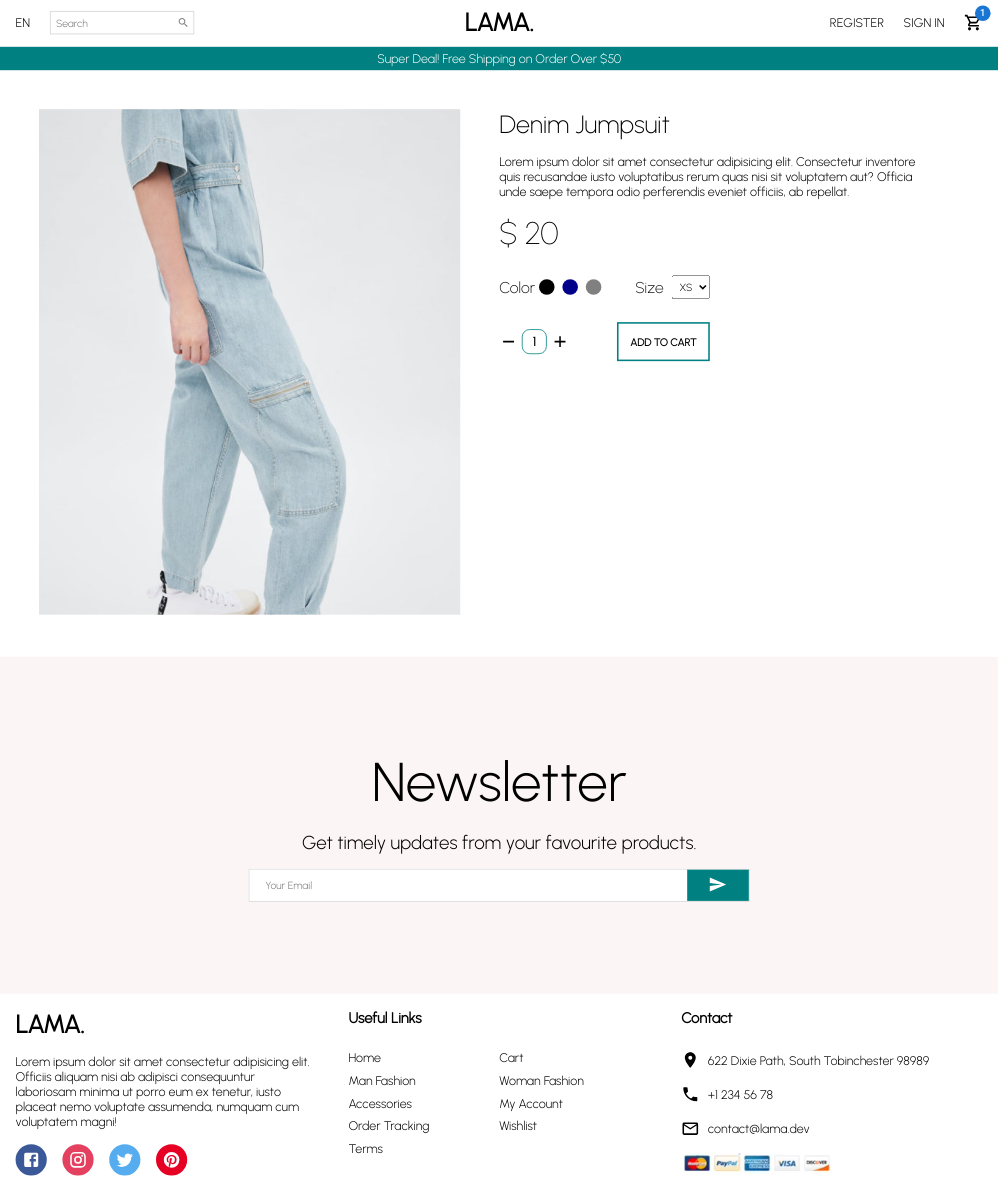
Repository: kmvaghela/ECOMMERCE
Page: /
These files come from the project's save history. The page is drawn as it stood at one moment and after the next save; the edit follows.
The browser window is 1280 px wide. The pictures show the whole page, at 78% of full size.
The project was rebuilt for these pictures with package versions that can differ from the ones it lists, and the page was loaded fresh each time. Also part of the build but not shown: src/data.js, src/components/CategoryItem.jsx, src/components/Categories.jsx, src/components/Product.jsx, src/components/Products.jsx, src/components/Slider.jsx, src/pages/Home.jsx, src/pages/ProductList.jsx and 2 more.

Above is the page before, as saved 2022-02-24 23:01:55.

### public/index.html
<!DOCTYPE html>
<html lang="en">

<head>
  <meta charset="utf-8" />
  <meta name="viewport" content="width=device-width, initial-scale=1" />
  <meta name="description" content="Web site created using create-react-app" />
  <link href="https://fonts.googleapis.com/css2?family=Urbanist:wght@100;200;300&display=swap" rel="stylesheet">
  <style>
    * {
      margin: 0;
      font-family: 'Urbanist', sans-serif;
    }
  </style>
  <title>React App</title>
</head>

<body>
  <noscript>You need to enable JavaScript to run this app.</noscript>
  <div id="root"></div>
</body>

</html>

### src/App.jsx
import Home from "./pages/Home";
import Product from "./pages/Product";
import ProductList from "./pages/ProductList";
import Register from "./pages/Register";
import Login from "./pages/Login";
import Cart from "./pages/Cart";

const App = () => {
  return (
    // <Home />
    // <ProductList />
    <Product />
    // <Register />
    // <Login />
    // <Cart />
  );
};

export default App;

### src/pages/Product.jsx
import React from "react";
import styled from "styled-components";
import Navbar from "../components/Navbar";
import Announcement from "../components/Announcement";
import Newsletter from "../components/Newsletter";
import Footer from "../components/Footer";
import ProductImg from "../assets/123.jpg";
import RemoveIcon from "@mui/icons-material/Remove";
import AddIcon from "@mui/icons-material/Add";
import { mobile } from "../responsive";

const Container = styled.div``;

const Wrapper = styled.div`
  padding: 50px;
  display: flex;
  ${mobile({ padding:"10px",flexDirection: "column" })}

`;

const ImageContainer = styled.div`
  flex: 1;
`;

const Image = styled.img`
  width: 100%;
  height: 90vh;
  object-fit: cover;
  ${mobile({ height: "40vh" })}

`;

const InfoContainer = styled.div`
  flex: 1;
  padding: 0px 50px;
  ${mobile({ padding: "10px" })}

`;

const Title = styled.h1`
  font-weight: 200;
`;

const Description = styled.p`
  margin: 20px 0px;
`;

const Price = styled.span`
  font-size: 40px;
  font-weight: 100;
`;

const FilterContainer = styled.div`
  display: flex;
  justify-content: space-between;
  width: 50%;
  margin: 30px 0px;
  ${mobile({ width: "100%" })}

`;

const Filter = styled.div`
  display: flex;
  align-items: center;
`;

const FilterTitle = styled.span`
  font-size: 20px;
  font-weight: 200;
`;

const FilterColor = styled.div`
  height: 20px;
  width: 20px;
  border-radius: 50%;
  background-color: ${(props) => props.color};
  margin: 0px 5px;
  cursor: pointer;
`;

const FilterSize = styled.select`
  margin-left: 10px;
  padding: 5px;
`;

const FilterSizeOption = styled.option``;

const AddContainer = styled.div`
  display: flex;
  align-items: center;
  justify-content: space-between;
  width: 50%;
  ${mobile({ width: "100%" })}
`;
const AmountContainer = styled.div`
  display: flex;
  align-items: center;
  font-weight: 700;
`;
const Amount = styled.span`
  height: 30px;
  width: 30px;
  border-radius: 10px;
  border: 1px solid teal;
  display: flex;
  align-items: center;
  justify-content: center;
  margin: 0px 5px;
`;

const Button = styled.button`
  padding: 15px;
  border: 2px solid teal;
  background-color: white;
  cursor: pointer;
  font-weight: 600;

  &:hover {
    background-color: #f8f4f4;
  }
`;

const Product = () => {
  return (
    <Container>
      <Navbar />
      <Announcement />
      <Wrapper>
        <ImageContainer>
          <Image src={ProductImg} alt="not found" />
        </ImageContainer>
        <InfoContainer>
          <Title>Denim Jumpsuit</Title>
          <Description>
            Lorem ipsum dolor sit amet consectetur adipisicing elit. Consectetur
            inventore quis recusandae iusto voluptatibus rerum quas nisi sit
            voluptatem aut? Officia unde saepe tempora odio perferendis eveniet
            officiis, ab repellat.
          </Description>
          <Price>$ 20</Price>
          <FilterContainer>
            <Filter>
              <FilterTitle>Color</FilterTitle>
              <FilterColor color="black" />
              <FilterColor color="darkblue" />
              <FilterColor color="gray" />
            </Filter>
            <Filter>
              <FilterTitle>Size</FilterTitle>
              <FilterSize>
                <FilterSizeOption>XS</FilterSizeOption>
                <FilterSizeOption>S</FilterSizeOption>
                <FilterSizeOption>M</FilterSizeOption>
                <FilterSizeOption>L</FilterSizeOption>
                <FilterSizeOption>XL</FilterSizeOption>
              </FilterSize>
            </Filter>
          </FilterContainer>

          <AddContainer>
            <AmountContainer>
              <RemoveIcon />
              <Amount>1</Amount>
              <AddIcon />
            </AmountContainer>
            <Button>ADD TO CART</Button>
          </AddContainer>
        </InfoContainer>
      </Wrapper>
      <Newsletter />
      <Footer />
    </Container>
  );
};

export default Product;

### src/components/Announcement.jsx
import styled from "styled-components";

const Container = styled.div`
  height: 30px;
  background-color: teal;
  color: white;
  display: flex;
  align-items: center;
  justify-content: center;
  font-size: 14;
  font-weight: 500;
`;

const Announcement = () => {
  return (
    <Container>
      Super Deal! Free Shipping on Order Over $50
    </Container>
  );
};

export default Announcement;

### src/components/Navbar.jsx
import React from "react";
import styled from "styled-components";
import SearchOutlinedIcon from "@mui/icons-material/SearchOutlined";
import ShoppingCartOutlinedIcon from "@mui/icons-material/ShoppingCartOutlined";
import Badge from "@mui/material/Badge";
import { mobile } from "../responsive";

const Container = styled.div`
  height: 60px;
  ${mobile({ height: "50px" })}
`;
const Wrapper = styled.div`
  padding: 10px 20px;
  display: flex;
  align-items: center;
  justify-content: space-between;
  ${mobile({ padding: "10px 0px" })}
`;
const Left = styled.div`
  flex: 1;
  display: flex;
  align-items: center;
`;
const Language = styled.span`
  font-size: 14;
  cursor: pointer;
  ${mobile({ display: "none" })}
`;
const SearchContainer = styled.div`
  border: 0.5px solid lightgray;
  display: flex;
  align-items: center;
  margin-left: 25px;
  padding: 5px;
`;
const Input = styled.input`
  border: none;
  ${mobile({ width: "50px" })}
`;

const Center = styled.div`
  flex: 1;
`;
const Logo = styled.h1`
  font-weight: bold;
  text-align: center;
  ${mobile({ fontSize: "24px" })}
`;

const Right = styled.div`
  flex: 1;
  display: flex;
  align-items: center;
  justify-content: flex-end;
  ${mobile({ flex: 2, justifyContent: "center" })}
`;
const MenuItem = styled.div`
  font-size: 14;
  cursor: pointer;
  margin-left: 25px;
  ${mobile({ fontSize: "12px", marginLeft: "10px" })}
`;

const Navbar = () => {
  return (
    <Container>
      <Wrapper>
        <Left>
          <Language>EN</Language>
          <SearchContainer>
            <Input placeholder="Search" />
            <SearchOutlinedIcon style={{ color: "gray", fontSize: 16 }} />
          </SearchContainer>
        </Left>
        <Center>
          <Logo>LAMA.</Logo>
        </Center>
        <Right>
          <MenuItem>REGISTER</MenuItem>
          <MenuItem>SIGN IN</MenuItem>
          <MenuItem>
            <Badge badgeContent={1} color="primary">
              <ShoppingCartOutlinedIcon />
            </Badge>
          </MenuItem>
        </Right>
      </Wrapper>
    </Container>
  );
};
export default Navbar;

### src/components/Newsletter.jsx
import React from "react";
import styled from "styled-components";
import SendIcon from "@mui/icons-material/Send";
import { mobile } from "../responsive";

const Container = styled.div`
  height: 60vh;
  background-color: #fcf5f5;
  display: flex;
  align-items: center;
  justify-content: center;
  flex-direction: column;
`;

const Title = styled.h1`
  font-size: 70px;
  margin-bottom: 20px;
  font-weight: 300;
`;

const Description = styled.div`
  font-size: 24px;
  margin-bottom: 20px;
  ${mobile({ textAlign: "center" })}
`;

const InputContainer = styled.div`
  width: 50%;
  height: 40px;
  background-color: white;
  display: flex;
  justify-content: space-between;
  border: 1px solid lightgray;
  ${mobile({ width: "80%" })}
`;

const Input = styled.input`
  border: none;
  flex: 8;
  padding-left: 20px;
`;

const Button = styled.button`
  flex: 1;
  border: none;
  background-color: teal;
  color: white;
`;

const Newsletter = () => {
  return (
    <Container>
      <Title>Newsletter</Title>
      <Description>
        Get timely updates from your favourite products.
      </Description>
      <InputContainer>
        <Input placeholder="Your Email" />
        <Button>
          <SendIcon />
        </Button>
      </InputContainer>
    </Container>
  );
};

export default Newsletter;

### src/components/Footer.jsx
import React from "react";
import styled from "styled-components";
import FacebookIcon from "@mui/icons-material/Facebook";
import InstagramIcon from "@mui/icons-material/Instagram";
import TwitterIcon from "@mui/icons-material/Twitter";
import PinterestIcon from "@mui/icons-material/Pinterest";
import RoomIcon from "@mui/icons-material/Room";
import PhoneIcon from "@mui/icons-material/Phone";
import MailOutlineIcon from "@mui/icons-material/MailOutline";
import PaymentImage from "../assets/payment.PNG";
import { mobile } from "../responsive";
const Container = styled.div`
  display: flex;
  ${mobile({ flexDirection: "column" })}
`;

const Left = styled.div`
  flex: 1;
  display: flex;
  flex-direction: column;
  padding: 20px;
`;
const Center = styled.div`
  flex: 1;
  padding: 20px;
  ${mobile({ display: "none" })}
`;
const Right = styled.div`
  flex: 1;
  padding: 20px;
  ${mobile({ backgroundColor: "#fff8f8" })}
`;

const Logo = styled.h1``;

const Description = styled.p`
  margin: 20px 0px;
`;

const SocialContainer = styled.div`
  display: flex;
`;

const SocialIcon = styled.div`
  height: 40px;
  width: 40px;
  border-radius: 50%;
  color: white;
  background-color: ${(props) => props.color};
  display: flex;
  align-items: center;
  justify-content: center;
  margin-right: 20px;
`;

const Title = styled.h3`
  margin-bottom: 30px;
`;

const List = styled.ul`
  margin: 0;
  padding: 0;
  list-style: none;
  display: flex;
  flex-wrap: wrap;
`;

const ListItem = styled.li`
  width: 50%;
  margin-bottom: 10px;
`;

const ContactItem = styled.div`
  margin-bottom: 20px;
  display: flex;
  align-items: center;
`;

const Payment = styled.img`
  width: 50%;
`;

const Footer = () => {
  return (
    <Container>
      <Left>
        <Logo>LAMA.</Logo>
        <Description>
          Lorem ipsum dolor sit amet consectetur adipisicing elit. Officiis
          aliquam nisi ab adipisci consequuntur laboriosam minima ut porro eum
          ex tenetur, iusto placeat nemo voluptate assumenda, numquam cum
          voluptatem magni!
        </Description>
        <SocialContainer>
          <SocialIcon color="#3B5999">
            <FacebookIcon />
          </SocialIcon>
          <SocialIcon color="#E4405F">
            <InstagramIcon />
          </SocialIcon>
          <SocialIcon color="#55ACEE">
            <TwitterIcon />
          </SocialIcon>
          <SocialIcon color="#E60023">
            <PinterestIcon />
          </SocialIcon>
        </SocialContainer>
      </Left>

      <Center>
        <Title>Useful Links</Title>
        <List>
          <ListItem>Home</ListItem>
          <ListItem>Cart</ListItem>
          <ListItem>Man Fashion</ListItem>
          <ListItem>Woman Fashion</ListItem>
          <ListItem>Accessories</ListItem>
          <ListItem>My Account</ListItem>
          <ListItem>Order Tracking</ListItem>
          <ListItem>Wishlist</ListItem>
          <ListItem>Terms</ListItem>
        </List>
      </Center>

      <Right>
        <Title>Contact</Title>
        <ContactItem>
          <RoomIcon style={{ marginRight: "10px" }} />
          622 Dixie Path, South Tobinchester 98989
        </ContactItem>
        <ContactItem>
          <PhoneIcon style={{ marginRight: "10px" }} />
          +1 234 56 78
        </ContactItem>
        <ContactItem>
          <MailOutlineIcon style={{ marginRight: "10px" }} />
          contact@lama.dev
        </ContactItem>
        <Payment src={PaymentImage} alt="not found" />
      </Right>
    </Container>
  );
};

export default Footer;

### src/responsive.js
import { css } from "styled-components";

export const mobile = (props) => {
    return css`
    @media only screen and (max-width:380px) {
     ${props}
    }
    `;
};

### src/pages/Cart.jsx
import React from "react";
import styled from "styled-components";
import Navbar from "../components/Navbar";
import Announcement from "../components/Announcement";
import Footer from "../components/Footer";
import CartImg1 from "../assets/cart-images/cart-img-01.png";
import CartImg2 from "../assets/cart-images/cart-img-02.png";
import RemoveIcon from "@mui/icons-material/Remove";
import AddIcon from "@mui/icons-material/Add";

const Container = styled.div``;

const Wrapper = styled.div`
  padding: 20px;
`;

const Title = styled.h1`
  font-weight: 300;
  text-align: center;
`;

const Top = styled.div`
  display: flex;
  align-items: center;
  justify-content: space-between;
  padding: 20px;
`;

const TopButton = styled.button`
  padding: 10px;
  font-weight: 600;
  cursor: pointer;
  border: ${(props) => props.type === "filled" && "none"};
  background-color: ${(props) =>
    props.type === "filled" ? "black" : "transparent"};
  color: ${(props) => props.type === "filled" && "white"};
`;
const TopTexts = styled.div``;

const TopText = styled.span`
  text-decoration: underline;
  cursor: pointer;
  margin: 0px 10px;
`;

const Bottom = styled.div`
  display: flex;
  justify-content: space-between;
`;

const Info = styled.div`
  flex: 3;
`;

const Summary = styled.div`
  flex: 1;
  border: 0.5px solid lightgray;
  border-radius: 10px;
  padding: 20px;
  height: 50vh;
`;

const Product = styled.div`
  display: flex;
  justify-content: space-between;
`;

const ProductDetail = styled.div`
  flex: 2;
  display: flex;
`;

const Image = styled.img`
  width: 200px;
  height: 200px;
`;

const Details = styled.div`
  padding: 20px;
  display: flex;
  flex-direction: column;
  justify-content: space-around;
`;

const ProductName = styled.span``;

const ProductId = styled.span``;

const ProductColor = styled.div`
  width: 20px;
  height: 20px;
  border-radius: 50%;
  background-color: ${(props) => props.color};
`;

const ProductSize = styled.span``;

const PriceDetail = styled.div`
  flex: 1;
  display: flex;
  align-items: center;
  justify-content: center;
  flex-direction: column;
`;

const ProductAmountContainer = styled.div`
  display: flex;
  align-items: center;
  margin-bottom: 20px;
`;

const ProductAmount = styled.div`
  font-size: 24px;
  margin: 5px;
`;

const ProductPrice = styled.div`
  font-size: 30px;
  font-weight: 200;
`;

const Hr = styled.hr`
  background-color: #eee;
  border: none;
  height: 1px;
`;
const SummaryTitle = styled.h1`
  font-weight: 200;
`;

const SummaryItem = styled.div`
  margin: 30px 0px;
  display: flex;
  justify-content: space-between;
  font-weight: ${(props) => props.type === "total" && "500"};
  font-size: ${(props) => props.type === "total" && "24px"};
`;

const SummaryItemText = styled.span``;

const SummaryItemPrice = styled.span``;

const Button = styled.button`
  width: 100%;
  padding: 10px;
  background-color: black;
  color: white;
  font-weight: 600;
`;

const Cart = () => {
  return (
    <Container>
      <Navbar />
      <Announcement />
      <Wrapper>
        <Title>YOUR BAG</Title>
        <Top>
          <TopButton>CONTINUE SHOPPING</TopButton>
          <TopTexts>
            <TopText>Shopping Bag(2)</TopText>
            <TopText>Your Wishlist(0)</TopText>
          </TopTexts>
          <TopButton type="filled">CHECKOUT NOW</TopButton>
        </Top>
        <Bottom>
          <Info>
            <Product>
              <ProductDetail>
                <Image src={CartImg1} alt="not found" />
                <Details>
                  <ProductName>
                    <b>Product:</b> JESSIE THUNDER SHOES
                  </ProductName>
                  <ProductId>
                    <b>ID:</b> 123456789
                  </ProductId>
                  <ProductColor color="black" />
                  <ProductSize>
                    <b>Size:</b> 37.5
                  </ProductSize>
                </Details>
              </ProductDetail>
              <PriceDetail>
                <ProductAmountContainer>
                  <AddIcon />
                  <ProductAmount>2</ProductAmount>
                  <RemoveIcon />
                </ProductAmountContainer>
                <ProductPrice>$ 30</ProductPrice>
              </PriceDetail>
            </Product>
            <Hr />
            <Product>
              <ProductDetail>
                <Image src={CartImg2} alt="not found" />
                <Details>
                  <ProductName>
                    <b>Product:</b> HAKURA T-SHIRT
                  </ProductName>
                  <ProductId>
                    <b>ID:</b> 123456789
                  </ProductId>
                  <ProductColor color="gray" />
                  <ProductSize>
                    <b>Size:</b> M
                  </ProductSize>
                </Details>
              </ProductDetail>
              <PriceDetail>
                <ProductAmountContainer>
                  <AddIcon />
                  <ProductAmount>1</ProductAmount>
                  <RemoveIcon />
                </ProductAmountContainer>
                <ProductPrice>$ 20</ProductPrice>
              </PriceDetail>
            </Product>
          </Info>
          <Summary>
            <SummaryTitle>ORDER SUMMARY</SummaryTitle>
            <SummaryItem>
              <SummaryItemText>Subtotal</SummaryItemText>
              <SummaryItemPrice>$ 80</SummaryItemPrice>
            </SummaryItem>
            <SummaryItem>
              <SummaryItemText>Estimated Shipping</SummaryItemText>
              <SummaryItemPrice>$ 5.90</SummaryItemPrice>
            </SummaryItem>
            <SummaryItem>
              <SummaryItemText>Shipping Discount</SummaryItemText>
              <SummaryItemPrice>$ -5.90</SummaryItemPrice>
            </SummaryItem>
            <SummaryItem type="total">
              <SummaryItemText>Total</SummaryItemText>
              <SummaryItemPrice>$ 80</SummaryItemPrice>
            </SummaryItem>
            <Button>CHECKOUT NOW</Button>
          </Summary>
        </Bottom>
      </Wrapper>
      <Footer />
    </Container>
  );
};

export default Cart;

Loaded but not shown: src/index.js (common file)

After the next save:
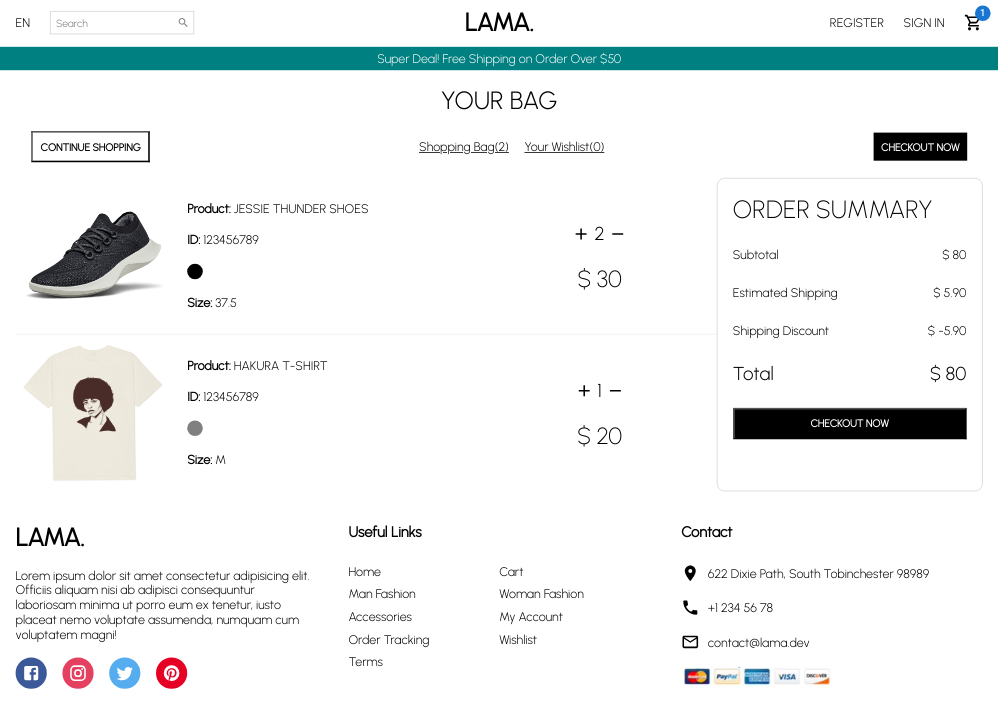
Saved 103 s later.
--- a/src/App.jsx
+++ b/src/App.jsx
@@ -9,10 +9,10 @@
   return (
     // <Home />
     // <ProductList />
-    <Product />
+    // <Product />
     // <Register />
     // <Login />
-    // <Cart />
+    <Cart />
   );
 };
 
--- a/src/pages/Cart.jsx
+++ b/src/pages/Cart.jsx
@@ -7,6 +7,7 @@
 import CartImg2 from "../assets/cart-images/cart-img-02.png";
 import RemoveIcon from "@mui/icons-material/Remove";
 import AddIcon from "@mui/icons-material/Add";
+import { mobile } from "../responsive";
 
 const Container = styled.div``;
 
